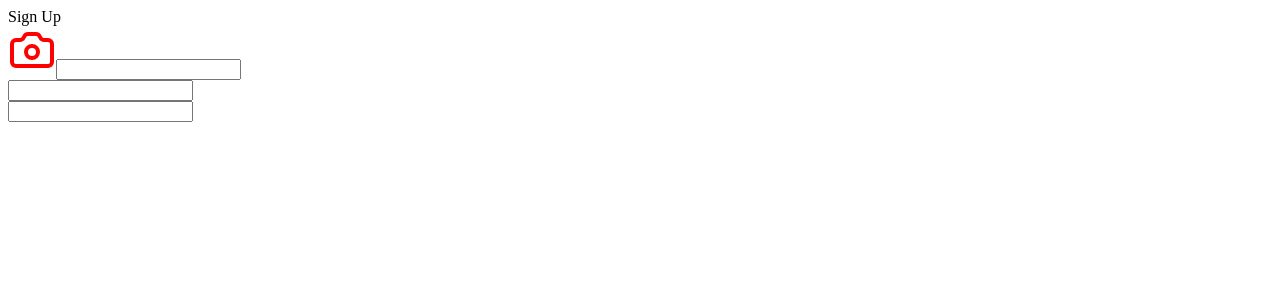
Repository: guilhermecardoso93/login-page
Page: /
These files come from the project's save history. The page is drawn as it stood at one moment and after the next save; the edit follows.
The browser window is 1280 px wide. The pictures show the whole page.
The project was rebuilt for these pictures with package versions that can differ from the ones it lists, and the page was loaded fresh each time. Also part of the build but not shown: vite.config.js, src/components/Login/Login.css, src/index.css.

Above is the page before, as saved 2024-10-22 19:08:25.

### index.html
<!doctype html>
<html lang="en">
  <head>
    <meta charset="UTF-8" />
    <link rel="icon" type="image/svg+xml" href="" />
    <meta name="viewport" content="width=device-width, initial-scale=1.0" />
    <title>Login | SignUp</title>
  </head>
  <body>
    <div id="root"></div>
    <script type="module" src="/src/main.jsx"></script>
  </body>
</html>

### src/App.jsx
import { Login } from "./components/Login/Login";

export default function App() {
  return (
    <>
      <Login />
    </>
  );
}

### src/components/Login/Login.jsx
import { Camera } from "lucide-react";
import "./Login.css";

export const Login = () => {
  return (
    <div className="container">
      <header>
        <span>Sign Up</span>
        <div className="underline"></div>
      </header>{" "}
      <div className="inputs">
        <div className="input">
          <Camera color="red" size={48} />
          <input type="text" />
        </div>
        <div className="input">
          <input type="email" />
        </div>
        <div className="input">
          <input type="password" />
        </div>
      </div>
    </div>
  );
};

Loaded but not shown: src/main.jsx (common file)

After the next save:
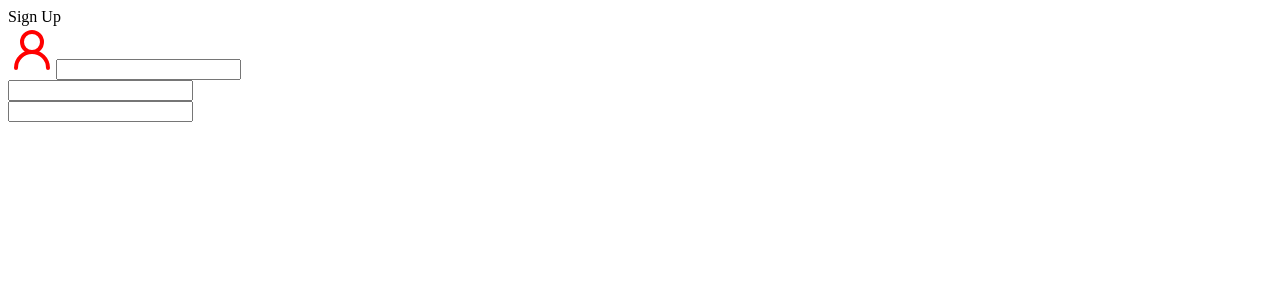
Saved 45 s later.
--- a/src/components/Login/Login.jsx
+++ b/src/components/Login/Login.jsx
@@ -1,4 +1,4 @@
-import { Camera } from "lucide-react";
+import { UserRound } from "lucide-react";
 import "./Login.css";
 
 export const Login = () => {
@@ -10,7 +10,7 @@ export const Login = () => {
       </header>{" "}
       <div className="inputs">
         <div className="input">
-          <Camera color="red" size={48} />
+          <UserRound color="red" size={48} />
           <input type="text" />
         </div>
         <div className="input">
